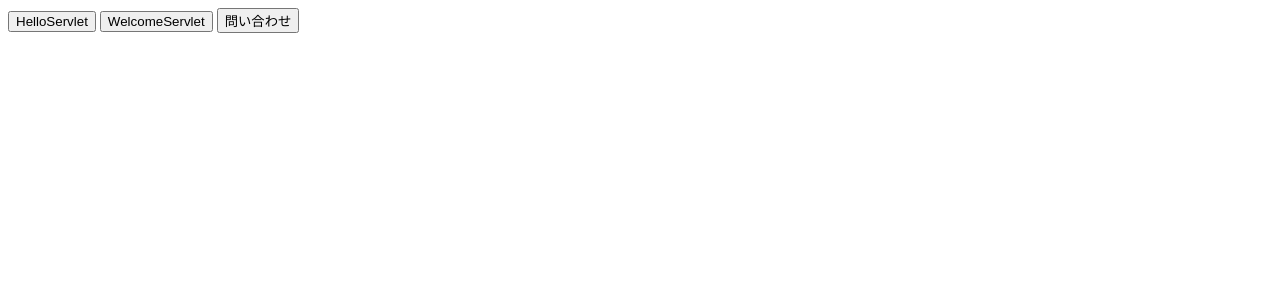
Repository: take00/test01
Page: http://localhost/HelloServlet/
These files come from the project's save history. The page is drawn as it stood at one moment and after the next save; the edit follows.
The browser window is 1280 px wide. The pictures show the whole page.
The page is served by Tomcat 9. Other server files are loaded and not shown.

Above is the page before, as saved 2019-01-07 12:16:55.

### HelloServlet/WebContent/index.jsp
<%@ page language="java" contentType="text/html; charset=UTF-8"
    pageEncoding="UTF-8"%>
<!DOCTYPE html>
<html>
<head>
<meta charset="UTF-8">
<title>HelloServlet</title>
</head>
<body>
<input type="button" value="HelloServlet" onClick="location.href='HelloServlet'">
<input type="button" value="WelcomeServlet" onClick="location.href='welcome.jsp'">
<input type="button" value="問い合わせ" onClick="location.href='inquiry.jsp'">

<form method="get" action="TestServlet">
<input type="text" name="username>

</form>
</body>
</html>

After the next save:
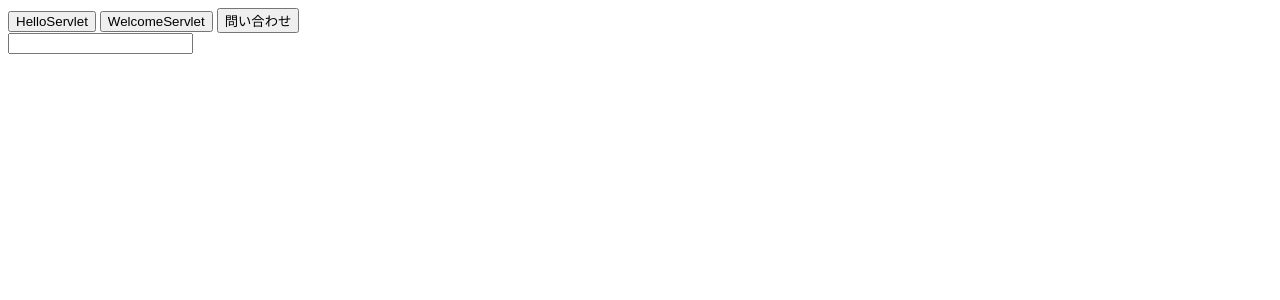
Saved 23 s later.
--- a/HelloServlet/WebContent/index.jsp
+++ b/HelloServlet/WebContent/index.jsp
@@ -12,8 +12,7 @@
 <input type="button" value="問い合わせ" onClick="location.href='inquiry.jsp'">
 
 <form method="get" action="TestServlet">
-<input type="text" name="username>
-
+<input type="text" name="username">
 </form>
 </body>
 </html>
